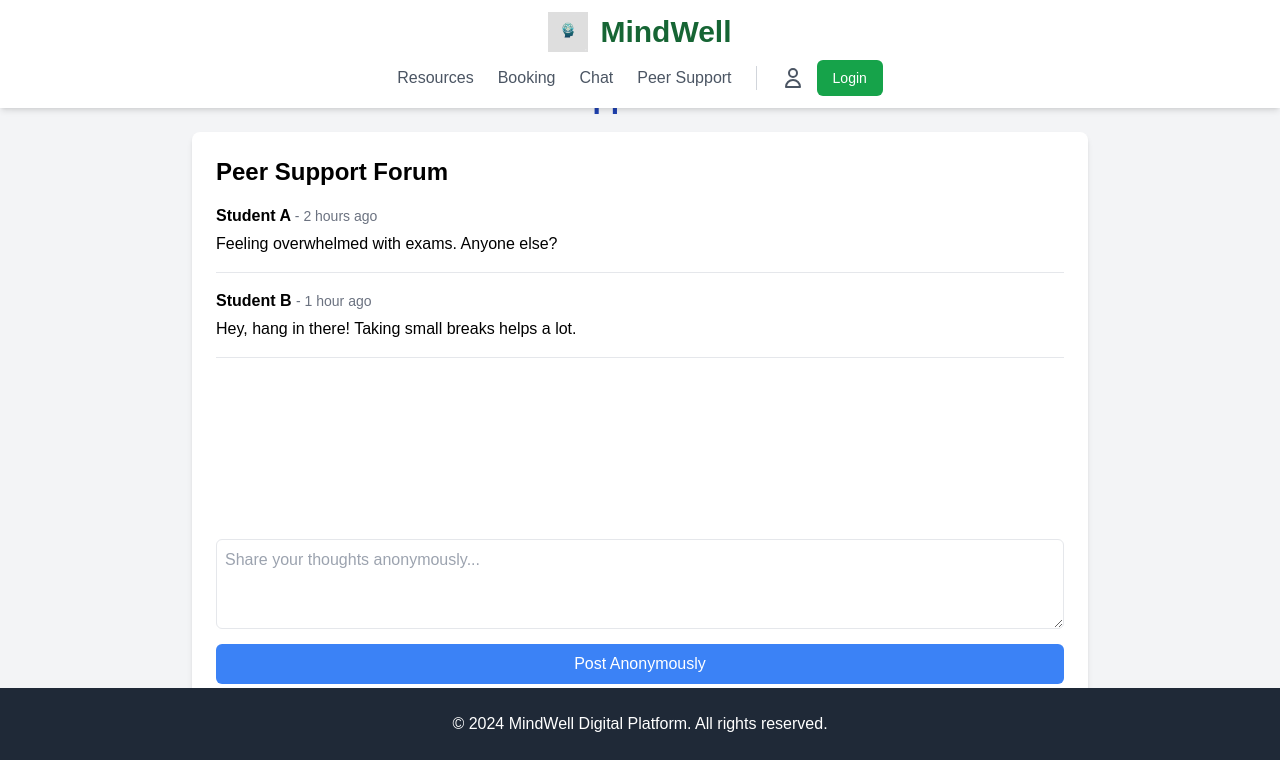
Repository: alokse24b01025/mentalhealth-project-sih-
Page: /peer-support (app in p1/)
The author's editor kept a copy of each file at every save. The page is drawn from the files as they stood at one save, then again after the next save.
The browser window is 1280 px wide. The pictures show the whole page.
The project was rebuilt for these pictures with package versions that can differ from the ones it lists, and the page was loaded fresh each time. Also part of the build but not shown: p1/vite.config.js, p1/src/pages/HomePage.jsx, p1/src/components/Chatbot.jsx, p1/src/pages/ChatPage.jsx, p1/src/components/ResourceCard.jsx, p1/src/data/mockResources.js, p1/src/pages/ResourcesPage.jsx, p1/src/components/CounselorCard.jsx and 4 more.

Above is the page before, as saved 2025-09-10 12:07:42.

### p1/index.html
<!doctype html>
<html lang="en">
  <head>
    <meta charset="UTF-8" />
    <link rel="icon" type="image/svg+xml" href="/logo.png" />
    <meta name="viewport" content="width=device-width, initial-scale=1.0" />
    <title>MINDwell</title>
  </head>
  <body>
    <div id="root"></div>
    <script type="module" src="/src/main.jsx"></script>
  </body>
</html>

### p1/src/App.jsx
import React from 'react';
import { BrowserRouter as Router, Routes, Route } from 'react-router-dom';
import { AuthProvider } from './AuthContext'; // Import the provider

// Import your pages
import HomePage from './pages/HomePage';
import ChatPage from './pages/ChatPage';
import ResourcesPage from './pages/ResourcesPage';
import BookingPage from './pages/BookingPage';
import PeerSupportPage from './pages/PeerSupportPage';
import AdminDashboard from './pages/AdminDashboard';
import LoginPage from './pages/LoginPage'; // Import the new login page
import './index.css';

function App() {
  return (
    <AuthProvider> {/* Wrap everything in AuthProvider */}
      <Router>
        <Routes>
          <Route path="/" element={<HomePage />} />
          <Route path="/chat" element={<ChatPage />} />
          <Route path="/resources" element={<ResourcesPage />} />
          <Route path="/booking" element={<BookingPage />} />
          <Route path="/peer-support" element={<PeerSupportPage />} />
         <Route path="/admin" element={<AdminDashboard />} />
          <Route path="/login" element={<LoginPage />} /> {/* Add the login route */}
        </Routes>
      </Router>
    </AuthProvider>
  );
}

export default App;

### p1/src/index.css
@tailwind base;
@tailwind components;
@tailwind utilities;

body {
  font-family: Arial, sans-serif;
  -webkit-font-smoothing: antialiased;
  -moz-osx-font-smoothing: grayscale;
}

### p1/src/AuthContext.jsx
import React, { useContext, useState, useEffect } from 'react';
import { auth } from './firebase';
import {
  onAuthStateChanged,
  signOut,
  signInWithEmailAndPassword
} from "firebase/auth";

const AuthContext = React.createContext();

// This is the function that was likely missing the 'export' keyword
export function useAuth() {
  return useContext(AuthContext);
}

export function AuthProvider({ children }) {
  const [currentUser, setCurrentUser] = useState(null);
  const [loading, setLoading] = useState(true);

  function login(email, password) {
    return signInWithEmailAndPassword(auth, email, password);
  }

  function logout() {
    return signOut(auth);
  }

  useEffect(() => {
    const unsubscribe = onAuthStateChanged(auth, user => {
      setCurrentUser(user);
      setLoading(false);
    });

    return unsubscribe;
  }, []);

  const value = {
    currentUser,
    login,
    logout
  };

  return (
    <AuthContext.Provider value={value}>
      {!loading && children}
    </AuthContext.Provider>
  );
}

### p1/src/pages/PeerSupportPage.jsx
import React from 'react';
import Header from '../components/Header';
import Footer from '../components/Footer';
import PeerSupport from '../components/PeerSupport';

const PeerSupportPage = () => {
  return (
    <div className="min-h-screen flex flex-col">
      <Header />
      <main className="flex-1 p-8 bg-gray-100 pt-20 flex justify-center">
        <div className="w-full max-w-4xl h-[80vh]">
          <h2 className="text-3xl font-bold text-center text-blue-800 mb-4">Peer Support Platform</h2>
          <PeerSupport />
        </div>
      </main>
      <Footer />
    </div>
  );
};

export default PeerSupportPage;

### p1/src/firebase.js
import { initializeApp } from "firebase/app";
import { getAuth } from "firebase/auth";

// IMPORTANT: Replace this with the firebaseConfig object you copied from the Firebase console
const firebaseConfig = {
  apiKey: "YOUR_API_KEY",
  authDomain: "YOUR_AUTH_DOMAIN",
  projectId: "YOUR_PROJECT_ID",
  storageBucket: "YOUR_STORAGE_BUCKET",
  messagingSenderId: "YOUR_MESSAGING_SENDER_ID",
  appId: "YOUR_APP_ID"
};

// Initialize Firebase
const app = initializeApp(firebaseConfig);

// Export the auth instance to be used in other parts of the app
export const auth = getAuth(app);

### p1/src/components/Header.jsx
import React, { useState } from 'react';
import { Link } from 'react-router-dom';
import logo from '../assets/logo.png';
import { useAuth } from '../AuthContext';

const Header = () => {
  const { currentUser, logout } = useAuth();
  const [isLoggingOut, setIsLoggingOut] = useState(false);

  const handleLogout = async () => {
    setIsLoggingOut(true);
    try {
      await logout();
    } catch (error) {
      console.error("Failed to log out:", error);
    } finally {
      setIsLoggingOut(false);
    }
  };

  const profileIcon = (
    <svg xmlns="http://www.w3.org/2000/svg" className="h-6 w-6" fill="none" viewBox="0 0 24 24" stroke="currentColor" strokeWidth={2}>
      <path strokeLinecap="round" strokeLinejoin="round" d="M16 7a4 4 0 11-8 0 4 4 0 018 0zM12 14a7 7 0 00-7 7h14a7 7 0 00-7-7z" />
    </svg>
  );

  return (
    <header className="bg-white shadow-md fixed top-0 w-full z-50 py-3 flex flex-col items-center">

      {/* Top Row: Centered Logo and Name */}
      <div className="mb-2">
        <Link to="/" className="flex items-center justify-center gap-x-3">
          <img src={logo} alt="MindWell Logo" className="h-10 w-auto" />
          <h1 className="text-3xl font-bold text-green-800 hidden md:block">MindWell</h1>
        </Link>
      </div>

      {/* Bottom Row: Navigation Links */}
      <nav className="flex items-center justify-center flex-wrap gap-x-6 gap-y-2 px-4">
        <Link to="/resources" className="text-gray-600 hover:text-green-600 transition-colors">Resources</Link>
        <Link to="/booking" className="text-gray-600 hover:text-green-600 transition-colors">Booking</Link>
        <Link to="/chat" className="text-gray-600 hover:text-green-600 transition-colors">Chat</Link>
        <Link to="/peer-support" className="text-gray-600 hover:text-green-600 transition-colors">Peer Support</Link>

        <div className="border-l border-gray-300 h-6"></div>

        {currentUser ? (
          <div className="flex items-center space-x-3">
            <span className="text-gray-600">{profileIcon}</span>
            <button
              onClick={handleLogout}
              disabled={isLoggingOut}
              className={`text-white px-4 py-2 text-sm rounded-md transition-colors ${
                isLoggingOut
                  ? 'bg-red-300 cursor-not-allowed'
                  : 'bg-red-500 hover:bg-red-600'
              }`}
            >
              {isLoggingOut ? '...' : 'Logout'}
            </button>
          </div>
        ) : (
          <div className="flex items-center space-x-3">
            <Link to="/login" className="text-gray-600 hover:text-green-600">
              {profileIcon}
            </Link>
            <Link
              to="/login"
              className="bg-green-600 text-white px-4 py-2 text-sm rounded-md hover:bg-green-700 transition-colors"
            >
              Login
            </Link>
          </div>
        )}
      </nav>
    </header>
  );
};

export default Header;

### p1/src/components/Footer.jsx
import React from 'react';

const Footer = () => {
  return (
    <footer className="bg-gray-800 text-white p-6 text-center">
      <p>&copy; 2024 MindWell Digital Platform. All rights reserved.</p>
    </footer>
  );
};
export default Footer;

### p1/src/components/PeerSupport.jsx
import React, { useState } from 'react';

const PeerSupport = () => {
  const [posts, setPosts] = useState([
    { id: 1, author: 'Student A', content: 'Feeling overwhelmed with exams. Anyone else?', timestamp: '2 hours ago' },
    { id: 2, author: 'Student B', content: 'Hey, hang in there! Taking small breaks helps a lot.', timestamp: '1 hour ago' },
  ]);
  const [newPost, setNewPost] = useState('');

  const handlePost = () => {
    if (newPost.trim() === '') return;
    const newPostData = {
      id: posts.length + 1,
      author: 'You (Anonymous)',
      content: newPost,
      timestamp: 'Just now',
    };
    setPosts(prev => [newPostData, ...prev]);
    setNewPost('');
  };

  return (
    <div className="bg-white p-6 rounded-lg shadow-md h-full flex flex-col">
      <h3 className="text-2xl font-bold mb-4">Peer Support Forum</h3>
      <div className="flex-grow overflow-y-auto space-y-4">
        {posts.map(post => (
          <div key={post.id} className="border-b pb-4">
            <p className="font-bold">{post.author} <span className="text-sm text-gray-500 font-normal"> - {post.timestamp}</span></p>
            <p className="mt-1">{post.content}</p>
          </div>
        ))}
      </div>
      <div className="mt-4">
        <textarea
          value={newPost}
          onChange={(e) => setNewPost(e.target.value)}
          className="w-full border rounded-md p-2"
          rows="3"
          placeholder="Share your thoughts anonymously..."
        ></textarea>
        <button onClick={handlePost} className="mt-2 bg-blue-500 text-white py-2 px-4 rounded-md hover:bg-blue-600 w-full">Post Anonymously</button>
      </div>
    </div>
  );
};

export default PeerSupport;

Loaded but not shown: p1/src/main.jsx (common file); p1/tailwind.config.js (common file)

After the next save:
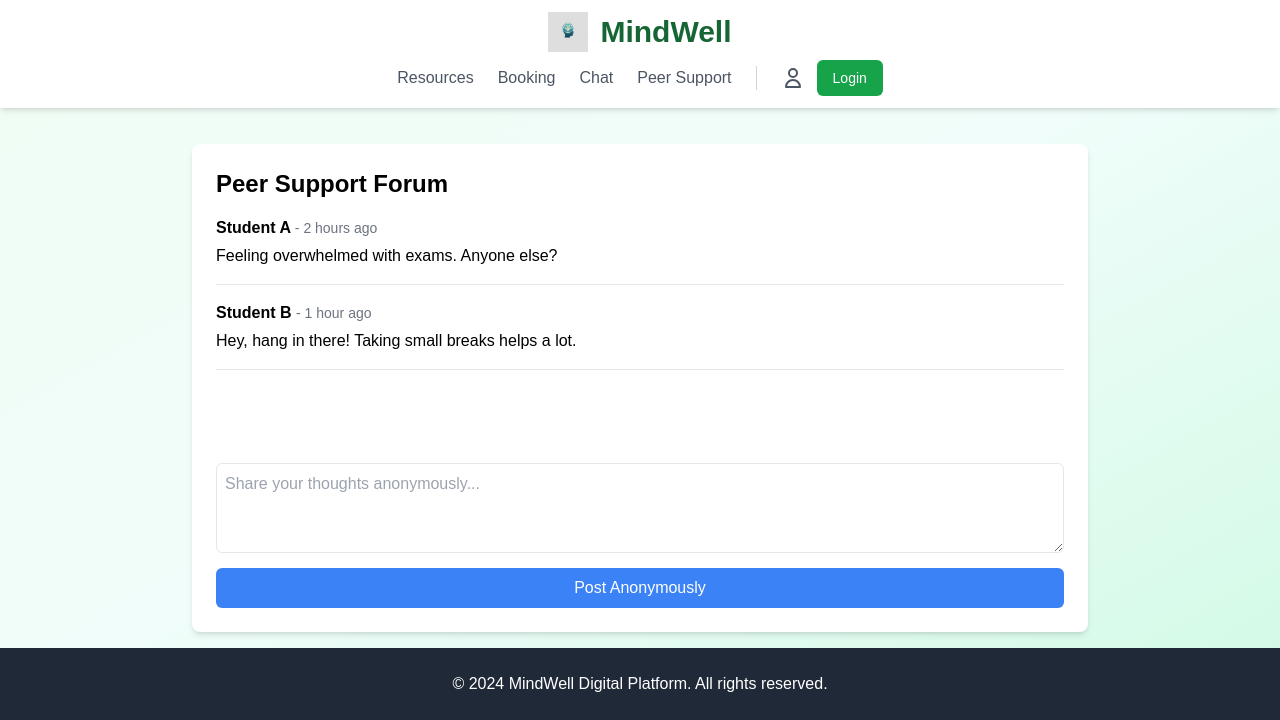
Saved 2 min 10 s later.
--- a/p1/src/pages/PeerSupportPage.jsx
+++ b/p1/src/pages/PeerSupportPage.jsx
@@ -5,14 +5,22 @@ import PeerSupport from '../components/PeerSupport';
 
 const PeerSupportPage = () => {
   return (
-    <div className="min-h-screen flex flex-col">
+    // This creates a full-height, vertical layout for the entire page
+    <div className="h-screen flex flex-col bg-gradient-to-br from-green-50 via-teal-50 to-emerald-100">
       <Header />
-      <main className="flex-1 p-8 bg-gray-100 pt-20 flex justify-center">
-        <div className="w-full max-w-4xl h-[80vh]">
-          <h2 className="text-3xl font-bold text-center text-blue-800 mb-4">Peer Support Platform</h2>
+
+      {/* This main section takes up all remaining space and centers its content */}
+      <main className="flex-1 w-full flex flex-col items-center p-4 pt-36 overflow-hidden">
+
+        {/* This container holds the Peer Support UI and fills the main area without overflowing */}
+        <div className="w-full max-w-4xl flex-1 flex flex-col min-h-0">
+
+          {/* The PeerSupport component will now be fully visible and fill the available space */}
           <PeerSupport />
+
         </div>
       </main>
+
       <Footer />
     </div>
   );
